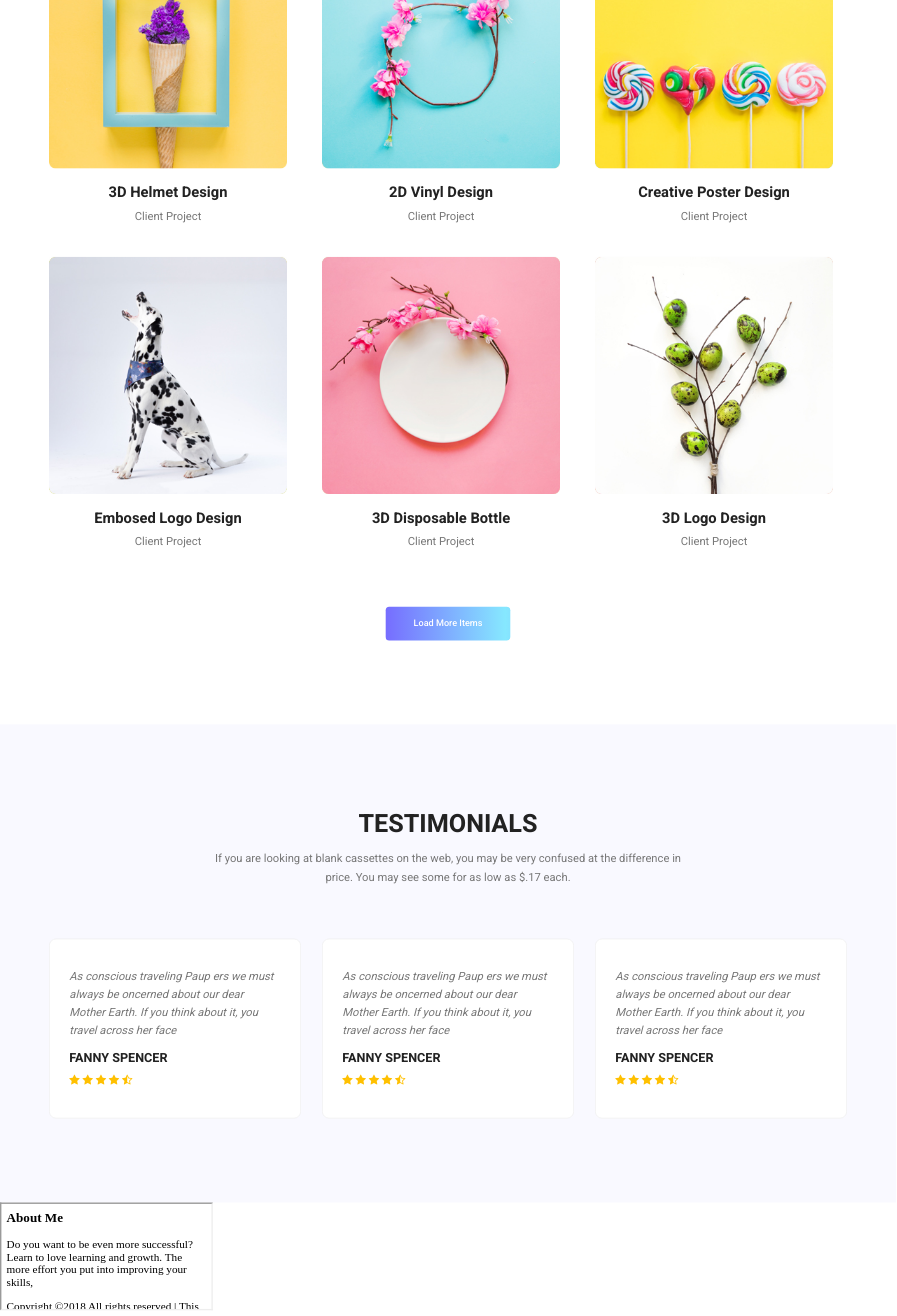
Repository: ChaabeneHabib/habib-chaabene
Page: index.html
The author's editor kept a copy of each file at every save. The page is drawn from the files as they stood at one save, then again after the next save.
The browser window is 1280 px wide. The page is 1281 px wide, so the pictures cover 1281 px, including what lies to the right of the window. The pictures show the part of the page from y = 3707 to 5587 px (the page is 5587 px tall before and 5425 px after), at 70% of full size.

Above is the page before, as saved 2019-11-16 12:46:08.

### index.html
<!doctype html>
<html lang="en">
    <head>
        <!-- Required meta tags -->
        <meta charset="utf-8">
        <meta name="viewport" content="width=device-width, initial-scale=1, shrink-to-fit=no">
        <link rel="icon" href="img/favicon.png" type="image/png">
        <title>MeetMe Personal</title>
        <!-- Bootstrap CSS -->
        <link rel="stylesheet" href="css/bootstrap.css">
        <link rel="stylesheet" href="vendors/linericon/style.css">
        <link rel="stylesheet" href="css/font-awesome.min.css">
        <link rel="stylesheet" href="vendors/owl-carousel/owl.carousel.min.css">
        <link rel="stylesheet" href="vendors/lightbox/simpleLightbox.css">
        <link rel="stylesheet" href="vendors/nice-select/css/nice-select.css">
        <link rel="stylesheet" href="vendors/animate-css/animate.css">
        <link rel="stylesheet" href="vendors/popup/magnific-popup.css">
        <link rel="stylesheet" href="vendors/flaticon/flaticon.css">
        <!-- main css -->
        <link rel="stylesheet" href="css/style.css">
		<link rel="stylesheet" href="css/responsive.css">



    </head>
    <body>

			<script>
					function includeHTML() {
					  var z, i, elmnt, file, xhttp;
					  /*loop through a collection of all HTML elements:*/
					  z = document.getElementsByTagName("*");
					  for (i = 0; i < z.length; i++) {
						elmnt = z[i];
						/*search for elements with a certain atrribute:*/
						file = elmnt.getAttribute("w3-include-html");
						if (file) {
						  /*make an HTTP request using the attribute value as the file name:*/
						  xhttp = new XMLHttpRequest();
						  xhttp.onreadystatechange = function() {
							if (this.readyState == 4) {
							  if (this.status == 200) {elmnt.innerHTML = this.responseText;}
							  if (this.status == 404) {elmnt.innerHTML = "Page not found.";}
							  /*remove the attribute, and call this function once more:*/
							  elmnt.removeAttribute("w3-include-html");
							  includeHTML();
							}
						  }
						  xhttp.open("GET", file, true);
						  xhttp.send();
						  /*exit the function:*/
						  return;
						}
					  }
					};
					</script>

        <!--================Header Menu Area =================-->
        <header class="header_area">
            <div class="main_menu">
            	<nav class="navbar navbar-expand-lg navbar-light">
					<div class="container box_1620">
						<!-- Brand and toggle get grouped for better mobile display -->
						<a class="navbar-brand logo_h" href="index.html"><img src="img/logo.png" alt=""></a>
						<button class="navbar-toggler" type="button" data-toggle="collapse" data-target="#navbarSupportedContent" aria-controls="navbarSupportedContent" aria-expanded="false" aria-label="Toggle navigation">
							<span class="icon-bar"></span>
							<span class="icon-bar"></span>
							<span class="icon-bar"></span>
						</button>
						<!-- Collect the nav links, forms, and other content for toggling -->
						<div class="collapse navbar-collapse offset" id="navbarSupportedContent">
							<ul class="nav navbar-nav menu_nav ml-auto">
								<li class="nav-item active"><a class="nav-link" href="index.html">Home</a></li>
								<li class="nav-item"><a class="nav-link" href="about-us.html">About</a></li>
								<li class="nav-item"><a class="nav-link" href="services.html">Services</a></li>
								<li class="nav-item submenu dropdown">
									<a href="#" class="nav-link dropdown-toggle" data-toggle="dropdown" role="button" aria-haspopup="true" aria-expanded="false">Pages</a>
									<ul class="dropdown-menu">
										<li class="nav-item"><a class="nav-link" href="portfolio.html">Portfolio</a></li>
										<li class="nav-item"><a class="nav-link" href="elements.html">Elements</a></li>
									</ul>
								</li>
								<li class="nav-item submenu dropdown">
									<a href="#" class="nav-link dropdown-toggle" data-toggle="dropdown" role="button" aria-haspopup="true" aria-expanded="false">Blog</a>
									<ul class="dropdown-menu">
										<li class="nav-item"><a class="nav-link" href="blog.html">Blog</a></li>
										<li class="nav-item"><a class="nav-link" href="single-blog.html">Blog Details</a></li>
									</ul>
								</li>
								<li class="nav-item"><a class="nav-link" href="contact.html">Contact</a></li>
							</ul>
						</div>
					</div>
            	</nav>
            </div>
        </header>
        <!--================Header Menu Area =================-->

        <!--================Home Banner Area =================-->
        <section class="home_banner_area">
           	<div class="container box_1620">
           		<div class="banner_inner d-flex align-items-center">
					<div class="banner_content">
						<div class="media">
							<div class="d-flex">
								<img src="img/personal.jpg" alt="">
							</div>
							<div class="media-body">
								<div class="personal_text">
									<h6>Hello Everybody, i am</h6>
									<h3>Donald McKinney</h3>
									<h4>Junior UI/UX Developer</h4>
									<p>You will begin to realise why this exercise is called the Dickens Pattern (with reference to the ghost showing Scrooge some different futures)</p>
									<ul class="list basic_info">
										<li><a href="#"><i class="lnr lnr-calendar-full"></i> 31st December, 1992</a></li>
										<li><a href="#"><i class="lnr lnr-phone-handset"></i> 44 (012) 6954 783</a></li>
										<li><a href="#"><i class="lnr lnr-envelope"></i> businessplan@donald</a></li>
										<li><a href="#"><i class="lnr lnr-home"></i> Santa monica bullevard</a></li>
									</ul>
									<ul class="list personal_social">
										<li><a href="#"><i class="fa fa-facebook"></i></a></li>
										<li><a href="#"><i class="fa fa-twitter"></i></a></li>
										<li><a href="#"><i class="fa fa-linkedin"></i></a></li>
									</ul>
								</div>
							</div>
						</div>
					</div>
				</div>
            </div>
        </section>
        <!--================End Home Banner Area =================-->

        <!--================Welcome Area =================-->
        <section class="welcome_area p_120">
        	<div class="container">
        		<div class="row welcome_inner">
        			<div class="col-lg-6">
        				<div class="welcome_text">
        					<h4>About Myself</h4>
        					<p>inappropriate behavior is often laughed off as “boys will be boys,” women face higher conduct standards especially in the workplace. That’s why it’s crucial that, as women, our behavior on the job is beyond reproach. inappropriate behavior is often laughed.</p>
        					<div class="row">
        						<div class="col-md-4">
        							<div class="wel_item">
        								<i class="lnr lnr-database"></i>
        								<h4>$2.5M</h4>
        								<p>Total Donation</p>
        							</div>
        						</div>
        						<div class="col-md-4">
        							<div class="wel_item">
        								<i class="lnr lnr-book"></i>
        								<h4>1465</h4>
        								<p>Total Projects</p>
        							</div>
        						</div>
        						<div class="col-md-4">
        							<div class="wel_item">
        								<i class="lnr lnr-users"></i>
        								<h4>3965</h4>
        								<p>Total Volunteers</p>
        							</div>
        						</div>
        					</div>
        				</div>
        			</div>
        			<div class="col-lg-6">
        				<div class="tools_expert">
        					<div class="skill_main">
								<div class="skill_item">
									<h4>After Effects <span class="counter">85</span>%</h4>
									<div class="progress_br">
										<div class="progress">
											<div class="progress-bar" role="progressbar" aria-valuenow="85" aria-valuemin="0" aria-valuemax="100"></div>
										</div>
									</div>
								</div>
								<div class="skill_item">
									<h4>Photoshop <span class="counter">90</span>%</h4>
									<div class="progress_br">
										<div class="progress">
											<div class="progress-bar" role="progressbar" aria-valuenow="90" aria-valuemin="0" aria-valuemax="100"></div>
										</div>
									</div>
								</div>
								<div class="skill_item">
									<h4>Illustrator <span class="counter">70</span>%</h4>
									<div class="progress_br">
										<div class="progress">
											<div class="progress-bar" role="progressbar" aria-valuenow="70" aria-valuemin="0" aria-valuemax="100"></div>
										</div>
									</div>
								</div>
								<div class="skill_item">
									<h4>Sublime <span class="counter">95</span>%</h4>
									<div class="progress_br">
										<div class="progress">
											<div class="progress-bar" role="progressbar" aria-valuenow="95" aria-valuemin="0" aria-valuemax="100"></div>
										</div>
									</div>
								</div>
								<div class="skill_item">
									<h4>Sketch <span class="counter">75</span>%</h4>
									<div class="progress_br">
										<div class="progress">
											<div class="progress-bar" role="progressbar" aria-valuenow="75" aria-valuemin="0" aria-valuemax="100"></div>
										</div>
									</div>
								</div>
							</div>
        				</div>
        			</div>
        		</div>
        	</div>
        </section>
        <!--================End Welcome Area =================-->

        <!--================My Tabs Area =================-->
        <section class="mytabs_area p_120">
        	<div class="container">
        		<div class="tabs_inner">
					<ul class="nav nav-tabs" id="myTab" role="tablist">
						<li class="nav-item">
							<a class="nav-link active" id="home-tab" data-toggle="tab" href="#home" role="tab" aria-controls="home" aria-selected="true">My Experiences</a>
						</li>
						<li class="nav-item">
							<a class="nav-link" id="profile-tab" data-toggle="tab" href="#profile" role="tab" aria-controls="profile" aria-selected="false">My Education</a>
						</li>
					</ul>
					<div class="tab-content" id="myTabContent">
						<div class="tab-pane fade show active" id="home" role="tabpanel" aria-labelledby="home-tab">
							<ul class="list">
								<li>
									<span></span>
									<div class="media">
										<div class="d-flex">
											<p>March 2017 to present</p>
										</div>
										<div class="media-body">
											<h4>Colorlib</h4>
											<p>Senior Web Developer <br />Santa monica, Los angeles</p>
										</div>
									</div>
								</li>
								<li>
									<span></span>
									<div class="media">
										<div class="d-flex">
											<p>March 2017 to present</p>
										</div>
										<div class="media-body">
											<h4>Colorlib</h4>
											<p>Senior Web Developer <br />Santa monica, Los angeles</p>
										</div>
									</div>
								</li>
								<li>
								<span></span>
									<div class="media">
										<div class="d-flex">
											<p>March 2017 to present</p>
										</div>
										<div class="media-body">
											<h4>Colorlib</h4>
											<p>Senior Web Developer <br />Santa monica, Los angeles</p>
										</div>
									</div>
								</li>
							</ul>
						</div>
						<div class="tab-pane fade" id="profile" role="tabpanel" aria-labelledby="profile-tab">
							<ul class="list">
								<li>
									<span></span>
									<div class="media">
										<div class="d-flex">
											<p>March 2017 to present</p>
										</div>
										<div class="media-body">
											<h4>Colorlib</h4>
											<p>Senior Web Developer <br />Santa monica, Los angeles</p>
										</div>
									</div>
								</li>
								<li>
									<span></span>
									<div class="media">
										<div class="d-flex">
											<p>March 2017 to present</p>
										</div>
										<div class="media-body">
											<h4>Colorlib</h4>
											<p>Senior Web Developer <br />Santa monica, Los angeles</p>
										</div>
									</div>
								</li>
								<li>
								<span></span>
									<div class="media">
										<div class="d-flex">
											<p>March 2017 to present</p>
										</div>
										<div class="media-body">
											<h4>Colorlib</h4>
											<p>Senior Web Developer <br />Santa monica, Los angeles</p>
										</div>
									</div>
								</li>
							</ul>
						</div>
					</div>
        		</div>
        	</div>
        </section>
        <!--================End My Tabs Area =================-->

        <!--================Feature Area =================-->
        <section class="feature_area p_120">
        	<div class="container">
        		<div class="main_title">
        			<h2>offerings to my clients</h2>
        			<p>If you are looking at blank cassettes on the web, you may be very confused at the difference in price. You may see some for as low as $.17 each.</p>
        		</div>
        		<div class="feature_inner row">
        			<div class="col-lg-4 col-md-6">
        				<div class="feature_item">
        					<i class="flaticon-city"></i>
        					<h4>Architecture</h4>
        					<p>If you are looking at blank cassettes on the web, you may be very confused at the difference in price. You may see some for as low as $17 each.</p>
        				</div>
        			</div>
        			<div class="col-lg-4 col-md-6">
        				<div class="feature_item">
        					<i class="flaticon-skyline"></i>
        					<h4>Interior Design</h4>
        					<p>If you are looking at blank cassettes on the web, you may be very confused at the difference in price. You may see some for as low as $17 each.</p>
        				</div>
        			</div>
        			<div class="col-lg-4 col-md-6">
        				<div class="feature_item">
        					<i class="flaticon-sketch"></i>
        					<h4>Concept Design</h4>
        					<p>If you are looking at blank cassettes on the web, you may be very confused at the difference in price. You may see some for as low as $17 each.</p>
        				</div>
        			</div>
        		</div>
        	</div>
        </section>
        <!--================End Feature Area =================-->

        <!--================Home Gallery Area =================-->
        <section class="home_gallery_area p_120">
        	<div class="container">
        		<div class="main_title">
        			<h2>Our Latest Featured Projects</h2>
        			<p>Who are in extremely love with eco friendly system.</p>
        		</div>
        		<div class="isotope_fillter">
        			<ul class="gallery_filter list">
						<li class="active" data-filter="*"><a href="#">All</a></li>
						<li data-filter=".brand"><a href="#">Vector</a></li>
						<li data-filter=".manipul"><a href="#">Raster</a></li>
						<li data-filter=".creative"><a href="#">UI/UX</a></li>
						<li data-filter=".design"><a href="#">Printing</a></li>
					</ul>
        		</div>
        	</div>
        	<div class="container">
        		<div class="gallery_f_inner row imageGallery1">
        			<div class="col-lg-4 col-md-4 col-sm-6 brand manipul design print">
        				<div class="h_gallery_item">
        					<div class="g_img_item">
        						<img class="img-fluid" src="img/gallery/project-1.jpg" alt="">
        						<a class="light" href="img/gallery/project-1.jpg"><img src="img/gallery/icon.png" alt=""></a>
        					</div>
        					<div class="g_item_text">
        						<h4>3D Helmet Design</h4>
        						<p>Client Project</p>
        					</div>
        				</div>
        			</div>
        			<div class="col-lg-4 col-md-4 col-sm-6 brand manipul creative">
        				<div class="h_gallery_item">
        					<div class="g_img_item">
        						<img class="img-fluid" src="img/gallery/project-2.jpg" alt="">
        						<a class="light" href="img/gallery/project-2.jpg"><img src="img/gallery/icon.png" alt=""></a>
        					</div>
        					<div class="g_item_text">
        						<h4>2D Vinyl Design</h4>
        						<p>Client Project</p>
        					</div>
        				</div>
        			</div>
        			<div class="col-lg-4 col-md-4 col-sm-6 manipul creative design print">
        				<div class="h_gallery_item">
        					<div class="g_img_item">
        						<img class="img-fluid" src="img/gallery/project-3.jpg" alt="">
        						<a class="light" href="img/gallery/project-3.jpg"><img src="img/gallery/icon.png" alt=""></a>
        					</div>
        					<div class="g_item_text">
        						<h4>Creative Poster Design</h4>
        						<p>Client Project</p>
        					</div>
        				</div>
        			</div>
        			<div class="col-lg-4 col-md-4 col-sm-6 brand creative print">
        				<div class="h_gallery_item">
        					<div class="g_img_item">
        						<img class="img-fluid" src="img/gallery/project-4.jpg" alt="">
        						<a class="light" href="img/gallery/project-4.jpg"><img src="img/gallery/icon.png" alt=""></a>
        					</div>
        					<div class="g_item_text">
        						<h4>Embosed Logo Design</h4>
        						<p>Client Project</p>
        					</div>
        				</div>
        			</div>
        			<div class="col-lg-4 col-md-4 col-sm-6 brand manipul design">
        				<div class="h_gallery_item">
        					<div class="g_img_item">
        						<img class="img-fluid" src="img/gallery/project-5.jpg" alt="">
        						<a class="light" href="img/gallery/project-5.jpg"><img src="img/gallery/icon.png" alt=""></a>
        					</div>
        					<div class="g_item_text">
        						<h4>3D Disposable Bottle</h4>
        						<p>Client Project</p>
        					</div>
        				</div>
        			</div>
        			<div class="col-lg-4 col-md-4 col-sm-6 brand creative">
        				<div class="h_gallery_item">
        					<div class="g_img_item">
        						<img class="img-fluid" src="img/gallery/project-6.jpg" alt="">
        						<a class="light" href="img/gallery/project-6.jpg"><img src="img/gallery/icon.png" alt=""></a>
        					</div>
        					<div class="g_item_text">
        						<h4>3D Logo Design</h4>
        						<p>Client Project</p>
        					</div>
        				</div>
        			</div>
        		</div>
        		<div class="more_btn">
        			<a class="main_btn" href="#">Load More Items</a>
        		</div>
        	</div>
        </section>
        <!--================End Home Gallery Area =================-->

        <!--================Testimonials Area =================-->
        <section class="testimonials_area p_120">
        	<div class="container">
        		<div class="main_title">
        			<h2>Testimonials</h2>
        			<p>If you are looking at blank cassettes on the web, you may be very confused at the difference in price. You may see some for as low as $.17 each.</p>
        		</div>
        		<div class="testi_inner">
					<div class="testi_slider owl-carousel">
						<div class="item">
							<div class="testi_item">
								<p>As conscious traveling Paup ers we must always be oncerned about our dear Mother Earth. If you think about it, you travel across her face</p>
								<h4>Fanny Spencer</h4>
								<a href="#"><i class="fa fa-star"></i></a>
								<a href="#"><i class="fa fa-star"></i></a>
								<a href="#"><i class="fa fa-star"></i></a>
								<a href="#"><i class="fa fa-star"></i></a>
								<a href="#"><i class="fa fa-star-half-o"></i></a>
							</div>
						</div>
						<div class="item">
							<div class="testi_item">
								<p>As conscious traveling Paup ers we must always be oncerned about our dear Mother Earth. If you think about it, you travel across her face</p>
								<h4>Fanny Spencer</h4>
								<a href="#"><i class="fa fa-star"></i></a>
								<a href="#"><i class="fa fa-star"></i></a>
								<a href="#"><i class="fa fa-star"></i></a>
								<a href="#"><i class="fa fa-star"></i></a>
								<a href="#"><i class="fa fa-star-half-o"></i></a>
							</div>
						</div>
						<div class="item">
							<div class="testi_item">
								<p>As conscious traveling Paup ers we must always be oncerned about our dear Mother Earth. If you think about it, you travel across her face</p>
								<h4>Fanny Spencer</h4>
								<a href="#"><i class="fa fa-star"></i></a>
								<a href="#"><i class="fa fa-star"></i></a>
								<a href="#"><i class="fa fa-star"></i></a>
								<a href="#"><i class="fa fa-star"></i></a>
								<a href="#"><i class="fa fa-star-half-o"></i></a>
							</div>
						</div>
					</div>
        		</div>
        	</div>
        </section>
        <!--================End Testimonials Area =================-->

        <!--================Footer Area =================-->

		<iframe src="footer.html" seamless></iframe>

		<div id="footer"></div>




        <!-- Optional JavaScript -->
        <!-- jQuery first, then Popper.js, then Bootstrap JS -->
        <script src="js/jquery-3.3.1.min.js"></script>
        <script src="js/popper.js"></script>
        <script src="js/bootstrap.min.js"></script>
        <script src="js/stellar.js"></script>
        <script src="vendors/lightbox/simpleLightbox.min.js"></script>
        <script src="vendors/nice-select/js/jquery.nice-select.min.js"></script>
        <script src="vendors/isotope/imagesloaded.pkgd.min.js"></script>
        <script src="vendors/isotope/isotope.pkgd.min.js"></script>
        <script src="vendors/owl-carousel/owl.carousel.min.js"></script>
        <script src="vendors/popup/jquery.magnific-popup.min.js"></script>
        <script src="js/jquery.ajaxchimp.min.js"></script>
        <script src="vendors/counter-up/jquery.waypoints.min.js"></script>
        <script src="vendors/counter-up/jquery.counterup.min.js"></script>
        <script src="js/mail-script.js"></script>
        <script src="js/theme.js"></script>
    </body>
</html>

Loaded but not shown: css/bootstrap.css (library); vendors/linericon/style.css (library); css/font-awesome.min.css (library); vendors/owl-carousel/owl.carousel.min.css (common file); vendors/lightbox/simpleLightbox.css (library); vendors/nice-select/css/nice-select.css (library); vendors/animate-css/animate.css (library); vendors/popup/magnific-popup.css (library); vendors/flaticon/flaticon.css (common file); js/jquery-3.3.1.min.js (library); js/popper.js (library); js/bootstrap.min.js (library); js/stellar.js (library); vendors/lightbox/simpleLightbox.min.js (library); vendors/nice-select/js/jquery.nice-select.min.js (common file); vendors/isotope/imagesloaded.pkgd.min.js (library); vendors/isotope/isotope.pkgd.min.js (library); vendors/owl-carousel/owl.carousel.min.js (library); vendors/popup/jquery.magnific-popup.min.js (library); js/jquery.ajaxchimp.min.js (library); vendors/counter-up/jquery.waypoints.min.js (library); vendors/counter-up/jquery.counterup.min.js (common file); js/theme.js (419 lines, source omitted); js/mail-script.js (31 lines, source omitted); css/style.css (3006 lines, source omitted); css/responsive.css (442 lines, source omitted); footer.html (49 lines, source omitted)

After the next save:
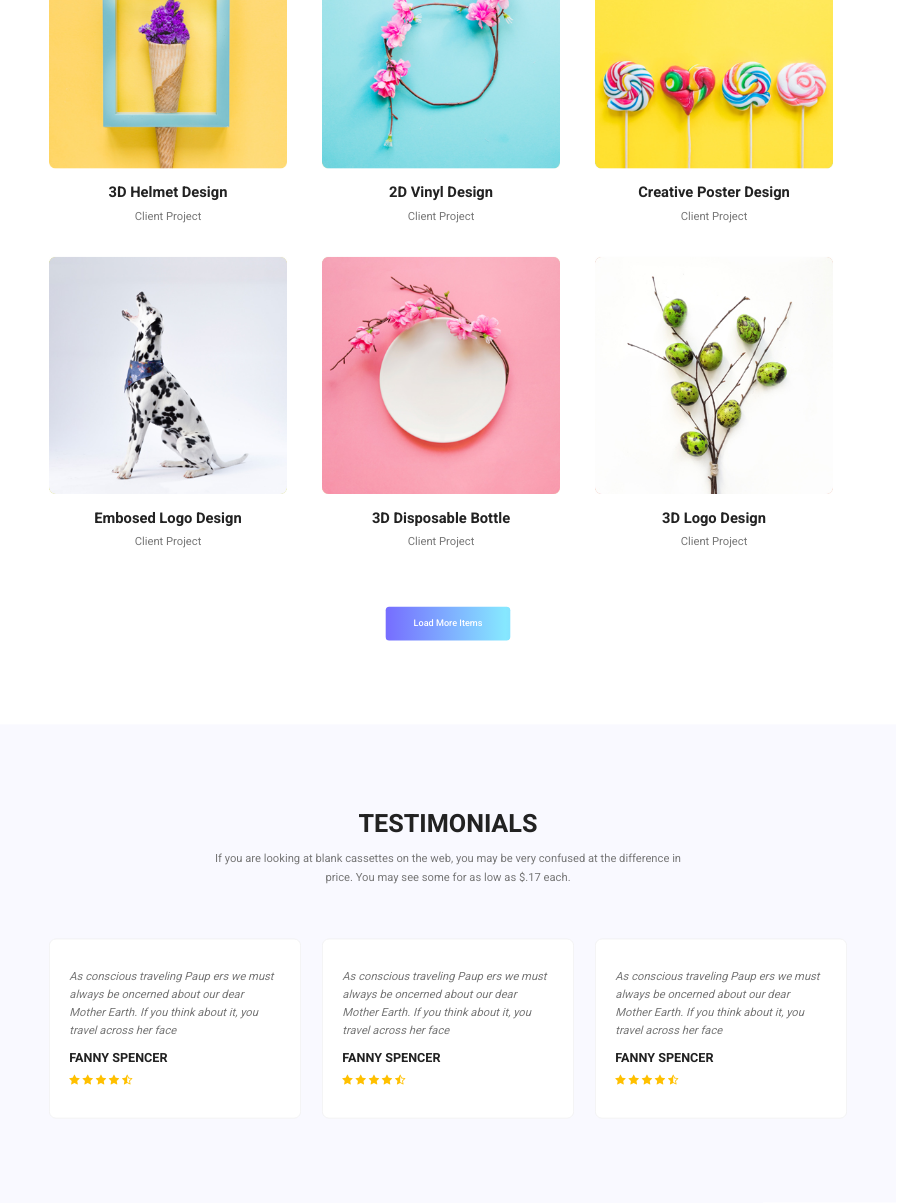
Saved 7 s later.
--- a/index.html
+++ b/index.html
@@ -497,9 +497,7 @@
 
         <!--================Footer Area =================-->
 
-		<iframe src="footer.html" seamless></iframe>
-
-		<div id="footer"></div>
+
 
 
 
